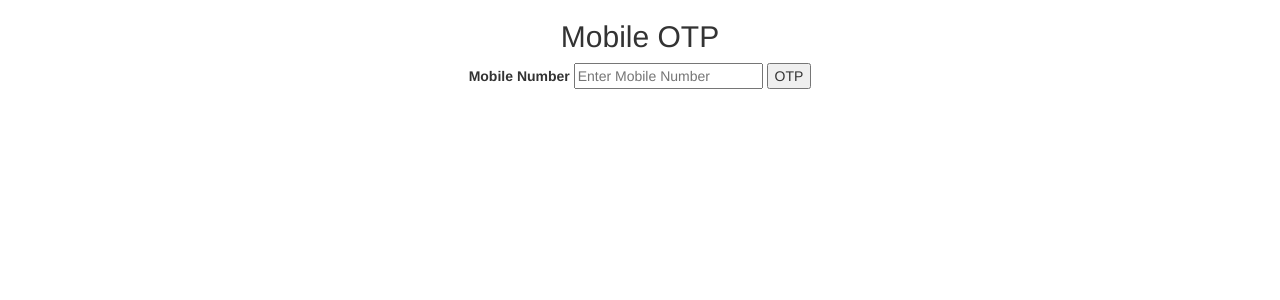
Repository: singhmohan333/springframework
Page: http://localhost/HelloWorld/
An editor plug-in stored every save of this project. The page is shown before and after the next save, followed by the edit.
The browser window is 1280 px wide. The pictures show the whole page.
Some web libraries are served in a nearby version. The page is served by Tomcat 9. Nobody is signed in. The application's start-up code is not run. Other server files are loaded and not shown.

Above is the page before, as saved 2018-01-25 02:08:25.
Console error (its wording comes from the project's code and is left out).

### HelloWorld/src/main/webapp/index.jsp
<!DOCTYPE html PUBLIC "-//W3C//DTD HTML 4.01 Transitional//EN" "http://www.w3.org/TR/html4/loose.dtd">
<html>
<head>
<meta http-equiv="Content-Type" content="text/html; charset=ISO-8859-1">
<title>Spring 4 MVC - HelloWorld Index Page</title>
<!-- Latest compiled and minified CSS -->
<link rel="stylesheet" href="https://maxcdn.bootstrapcdn.com/bootstrap/3.3.7/css/bootstrap.min.css">

<!-- jQuery library -->
<script src="https://ajax.googleapis.com/ajax/libs/jquery/3.2.1/jquery.min.js"></script>

<!-- Latest compiled JavaScript -->
<script src="https://maxcdn.bootstrapcdn.com/bootstrap/3.3.7/js/bootstrap.min.js"></script>
</head>
<body bgcolor="pink" alink="red" vlink="blue">
<center>
		<h2>Mobile OTP</h2>
		<div class="form-group">
		<form onclick="/SMSClass">
		<label for="mobilenumber">Mobile Number</label> <input type="text" name="mobileNo" placeholder="Enter Mobile Number">
		<input type="submit" value="OTP">

		</form>

		</div>

</center>
</body>
</html>

After the next save:
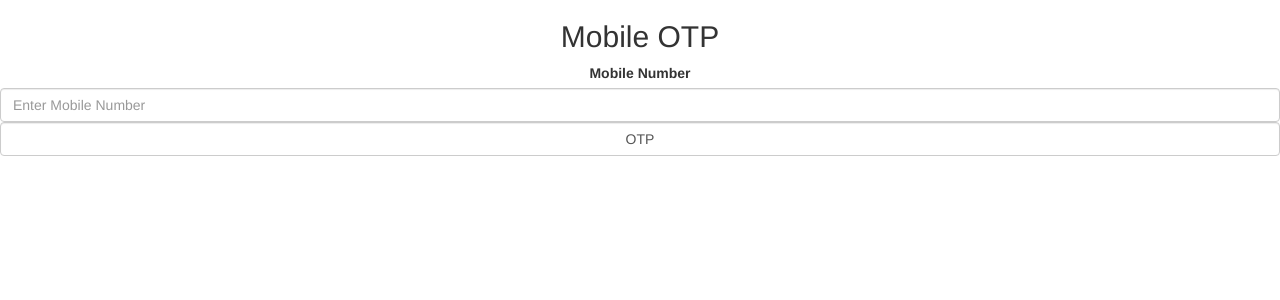
Saved 76 s later.
--- a/HelloWorld/src/main/webapp/index.jsp
+++ b/HelloWorld/src/main/webapp/index.jsp
@@ -17,8 +17,8 @@
 		<h2>Mobile OTP</h2>
 		<div class="form-group">
 		<form onclick="/SMSClass">
-		<label for="mobilenumber">Mobile Number</label> <input type="text" name="mobileNo" placeholder="Enter Mobile Number">
-		<input type="submit" value="OTP">
+		<label for="mobilenumber">Mobile Number</label> <input class="form-control" type="text" name="mobileNo" placeholder="Enter Mobile Number">
+		<input class="form-control" type="submit" value="OTP">
 
 		</form>
 
